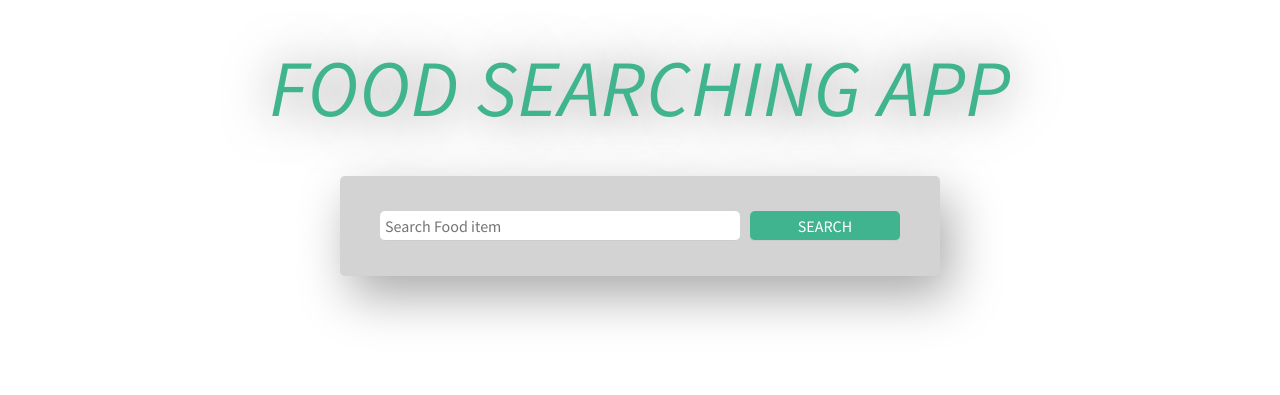
Repository: priyavmehta/React-Food-Recipe-App
Page: /
An editor plug-in stored every save of this project. The page is shown before and after the next save, followed by the edit.
The browser window is 1280 px wide. The pictures show the whole page.
The project was rebuilt for these pictures with package versions that can differ from the ones it lists, and the page was loaded fresh each time. Also part of the build but not shown: src/Components/RecipeDetails.js, src/Components/Recipe.js, src/Components/Alert.js.

Above is the page before, as saved 2020-07-11 21:48:30.

After the next save:
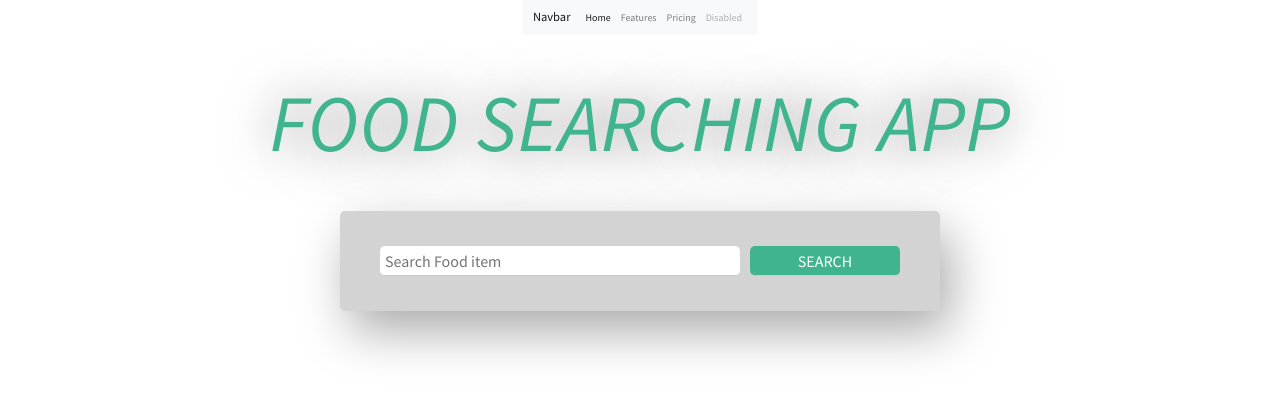
Saved 32 s later.
--- a/src/App.js
+++ b/src/App.js
@@ -3,6 +3,7 @@ import './App.css';
 import RecipeState from './context/recipe/RecipeState';
 import Search from './Components/Search';
 import { BrowserRouter as Router, Switch, Route } from 'react-router-dom'
+import Navbar from './Components/Navbar';
 
 const App = () => {
 
@@ -10,6 +11,7 @@ const App = () => {
     <RecipeState>
       <Router>
         <div className="App">
+          <Navbar />
           <Search/>
         </div>
       </Router>
